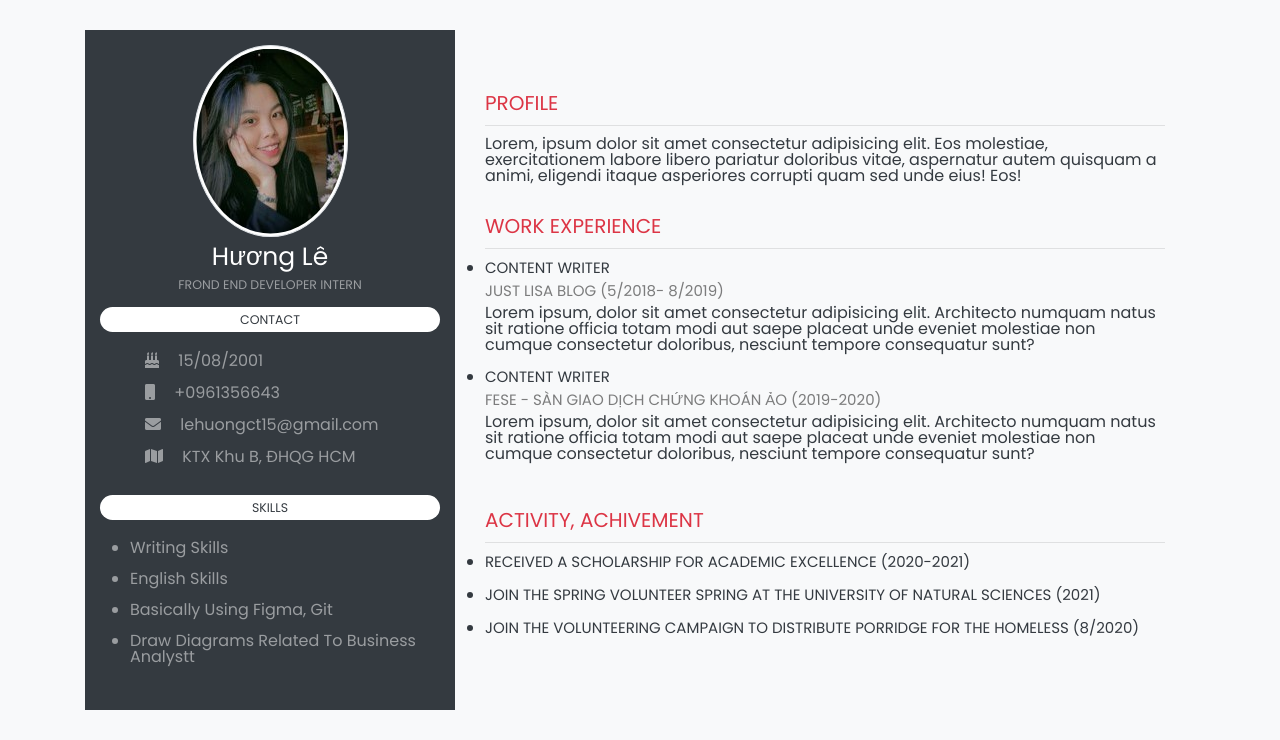
Repository: huongle158/cvhuongle
Page: index.html
These files come from the project's save history. The page is drawn as it stood at one moment and after the next save; the edit follows.
The browser window is 1280 px wide. The pictures show the whole page.
The page's requests for data from a server got no answer. Some web libraries are served in a nearby version.

Above is the page before, as saved 2021-12-13 01:16:35.

### index.html
<!DOCTYPE html>
<html lang="en">
  <head>
    <title>Resume</title>
    <link
      href="https://fonts.googleapis.com/css2?family=Poppins:wght@400;600&display=swap"
      rel="stylesheet"
    />
    <link rel="stylesheet" href="https://cdnjs.cloudflare.com/ajax/libs/font-awesome/5.10.0/css/all.min.css" integrity="sha512-PgQMlq+nqFLV4ylk1gwUOgm6CtIIXkKwaIHp/PAIWHzig/lKZSEGKEysh0TCVbHJXCLN7WetD8TFecIky75ZfQ==" crossorigin="anonymous" referrerpolicy="no-referrer" />
    <!-- Required meta tags -->
    <meta charset="utf-8" />
    <meta
      name="viewport"
      content="width=device-width, initial-scale=1, shrink-to-fit=no"
    />

    <!-- Bootstrap CSS -->
    <link
      rel="stylesheet"
      href="https://stackpath.bootstrapcdn.com/bootstrap/4.3.1/css/bootstrap.min.css"
      integrity="sha384-ggOyR0iXCbMQv3Xipma34MD+dH/1fQ784/j6cY/iJTQUOhcWr7x9JvoRxT2MZw1T"
      crossorigin="anonymous"
    />
    <link rel="stylesheet" href="./assets/css/style.css" />
  </head>
  <body class="bg-light">
    <div class="container p-5">
      <div class="row">

        <div class="col-lg-4 bg-dark text-white text-center py-4">
          <div class="header-left">
            <img
              src="./assets/img/188108614_380364193279457_3096500343222530064_n (1).jpg"
              alt=""
              class="img-thumbnail rounded-circle mb-2"
            />
            <h1 class="display-5">Hương Lê</h1>
            <h4 class="lead text-uppercase text-white-50 mb-4">
              Frond End Developer Intern
            </h4>
          </div>

          <div>
              <h5 class="text-uppercase bg-white text-dark py-2 rounded-pill mb-4" >contact</h5>
              <ul class="list-unstyled text-white-50 ml-5 py-2 text-left">
                  <li class="list-item mb-4">
                      <i class="fas fa-birthday-cake mx-4"></i>
                     15/08/2001
                  </li>
                  <li class="list-item mb-4">
                      <i class="fa fa-mobile mx-4"></i>
                      +0961356643
                  </li>
                  <li class="list-item mb-4">
                      <i class="fa fa-envelope mx-4"></i>
                      lehuongct15@gmail.com
                  </li>
                  <li class="list-item mb-4">
                      <i class="fa fa-map mx-4"></i>
                      KTX Khu B, ĐHQG HCM
                  </li>
              </ul>
          </div>
          <div class="m-skill">
              <h5 class="text-uppercase bg-white text-dark py-2 rounded-pill mb-4" >skills</h5>
              <ul class="list text-white-50 ml-5 py-2 text-left text-capitalize">
                <li class="list-item mb-4">Writing skills</li>
                <li class="list-item mb-4">English skills</li>
                <li class="list-item mb-4">Basically using Figma, Git</li>
                <li class="list-item mb-4">draw diagrams related to Business Analystt</li>
              </ul>
          </div>

        </div>

        <div class="col-lg-8 bg-light text-dark py-4 px-5">
             <div class="header-right mb-5 m-education">
                <!-- <h2 class="text-uppercase text-danger">Education</h2>
                <hr>
                 <ul class="list">
                <li class="list-item mb-4">University of Economic and Laws - VNU - HCM ( 8/2019 - Now)</li>
                <li class="list-item mb-4">Management Information System Major (MIS)</li>
                <li class="list-item mb-4">GPA: 7.74</li>
              </ul> -->
            </div>

            <br>
            <div class="header-right mb-5">
                <h2 class="text-uppercase text-danger">profile</h2>
                <hr>
                <p>Lorem, ipsum dolor sit amet consectetur adipisicing elit. Eos molestiae, exercitationem labore libero pariatur doloribus vitae, aspernatur autem quisquam a animi, eligendi itaque asperiores corrupti quam sed unde eius! Eos!</p>

            </div>

            <div class="mb-5">
                <h2 class="text-uppercase text-danger">Work Experience</h2>
                <hr>
                <ul class="list">
                <li class="list-item mb-4">
                    <h4 class="display-6 text-uppercase">Content Writer</h4>
                    <h4 class="text-uppercase text-black-50">Just Lisa blog  (5/2018- 8/2019) </h4>
                    <p>Lorem ipsum, dolor sit amet consectetur adipisicing elit. Architecto numquam natus sit ratione officia totam modi aut saepe placeat unde eveniet molestiae non cumque consectetur doloribus, nesciunt tempore consequatur sunt?</p>
                </li>
                 <li class="list-item mb-4">
                    <h4 class="display-6 text-uppercase">Content Writer</h4>
                    <h4 class="text-uppercase text-black-50">FESE - Sàn Giao dịch Chứng khoán ảo (2019-2020)</h4>
                    <p>Lorem ipsum, dolor sit amet consectetur adipisicing elit. Architecto numquam natus sit ratione officia totam modi aut saepe placeat unde eveniet molestiae non cumque consectetur doloribus, nesciunt tempore consequatur sunt?</p>
                </li>

              </ul>

            </div>
            <br>
             <div>
                <h2 class="text-uppercase text-danger">Activity, Achivement</h2>
                <hr>
                <ul class="list">

                 <li class="list-item mb-4">
                    <h4 class="display-6 text-uppercase">Received a scholarship for academic excellence (2020-2021)</h4>
                </li>
                <li class="list-item mb-4">
                    <h4 class="display-6 text-uppercase">Join the Spring Volunteer Spring at the University of Natural Sciences (2021)</h4>
                </li>
                <li class="list-item mb-4">
                    <h4 class="display-6 text-uppercase">Join the volunteering campaign to distribute porridge for the homeless (8/2020)</h4>
                </li>

              </ul>

            </div>
        </div>
      </div>
    </div>

    <!-- Optional JavaScript -->
    <!-- jQuery first, then Popper.js, then Bootstrap JS -->
    <script
      src="https://code.jquery.com/jquery-3.3.1.slim.min.js"
      integrity="sha384-q8i/X+965DzO0rT7abK41JStQIAqVgRVzpbzo5smXKp4YfRvH+8abtTE1Pi6jizo"
      crossorigin="anonymous"
    ></script>
    <script
      src="https://cdnjs.cloudflare.com/ajax/libs/popper.js/1.14.7/umd/popper.min.js"
      integrity="sha384-UO2eT0CpHqdSJQ6hJty5KVphtPhzWj9WO1clHTMGa3JDZwrnQq4sF86dIHNDz0W1"
      crossorigin="anonymous"
    ></script>
    <script
      src="https://stackpath.bootstrapcdn.com/bootstrap/4.3.1/js/bootstrap.min.js"
      integrity="sha384-JjSmVgyd0p3pXB1rRibZUAYoIIy6OrQ6VrjIEaFf/nJGzIxFDsf4x0xIM+B07jRM"
      crossorigin="anonymous"
    ></script>
    <script src="./assets/js/main.js"></script>
  </body>
</html>

### assets/css/style.css
html {
  box-sizing: border-box;
  font-family: 'Roboto', sans-serif;
}
* {
  margin: 0;
  padding: 0;
}
*,
*:before,
*:after {
  box-sizing: border-box;
}
input,
textarea,
select,
button {
  outline: none;
}
input {
  line-height: normal;
}
label,
button {
  cursor: pointer;
}
a {
  text-decoration: none;
}
img {
  display: block;
  max-width: 100%;
}
*,
*:before,
*:after {
  box-sizing: border-box;
}
/* using rem unit */
html {
  font-size: 62.5%;
}
a {
  text-decoration: none;
}
img {
  display: block;
  max-width: 100%;
}
body {
  font-family: "Poppins", sans-serif;
  font-size: 16px;
  line-height: 1;
}
/*  */
img.rounded-circle{
margin: 0 auto;
}

### assets/js/main.js
const educationpoint = "http://localhost:3000";
const education = "education";
const skill="skill"

async function displayEducation() {
    // const promise = await fetch(`${educationpoint}/${education}`);
    // const edudata = await promise.json();
    const edudata = await (await fetch(`${educationpoint}/${education}`)).json();
    const skillData = await (
      await fetch(`${educationpoint}/${skill}`)
    ).json();
    const eduEle = document.querySelector(".m-education");
    const skillEle = document.querySelector(".m-skill");
    const eduTemplate = `<h2 class="text-uppercase text-danger">Education</h2>
                <hr>
                 <ul class="list">
                <li class="list-item mb-4">${edudata[0].university}</li>
                <li class="list-item mb-4">${edudata[0].major}</li>
                <li class="list-item mb-4">GPA: ${edudata[0].gpa}</li>
              </ul>`;
    const skillTemplate = `<h5 class="text-uppercase bg-white text-dark py-2 rounded-pill mb-4" >skills</h5>
              <ul class="list text-white-50 ml-5 py-2 text-left text-capitalize">
                <li class="list-item mb-4">${skillData[0].skill1}</li>
                <li class="list-item mb-4">${skillData[0].skill2}</li>
                <li class="list-item mb-4">${skillData[0].skill3}</li>
                <li class="list-item mb-4">${skillData[0].skill4}</li>
              </ul>`;
    eduEle.insertAdjacentHTML("afterbegin", eduTemplate)
    skillEle.innerHTML = skillTemplate;
    console.log(skillData)


}
displayEducation();

After the next save:
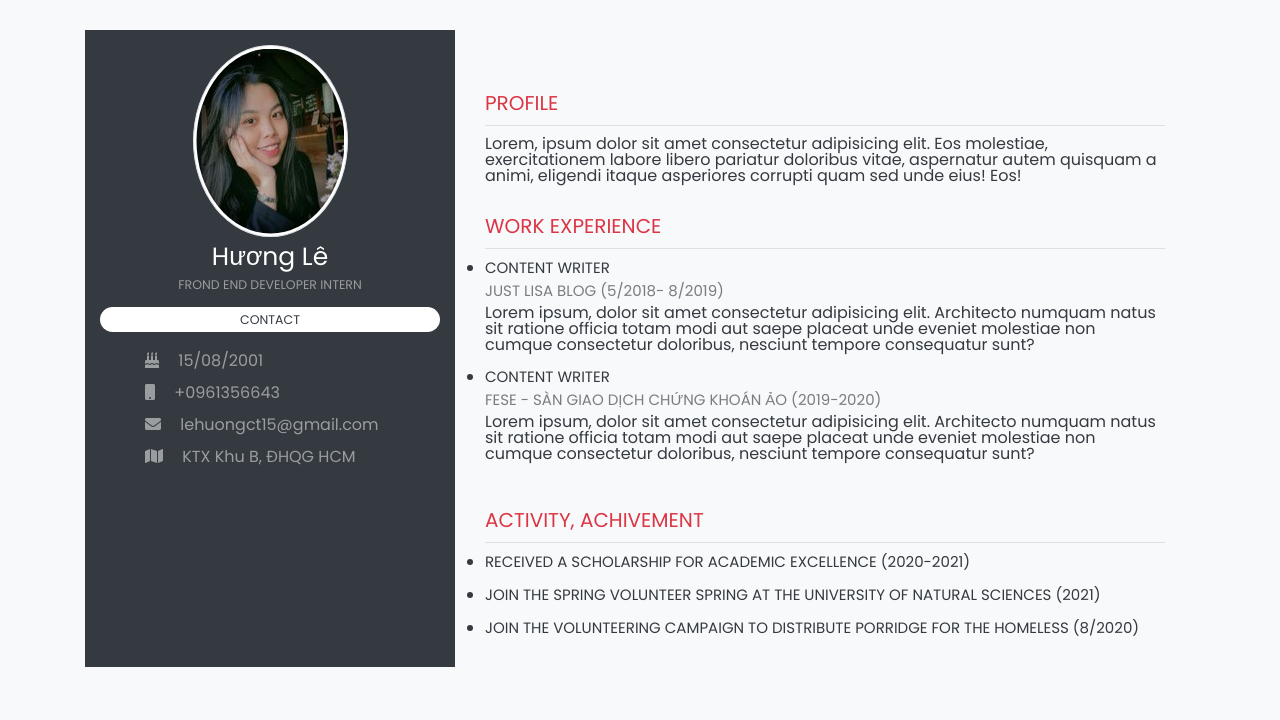
Saved 19 s later.
--- a/index.html
+++ b/index.html
@@ -62,13 +62,13 @@
               </ul>
           </div>
           <div class="m-skill">
-              <h5 class="text-uppercase bg-white text-dark py-2 rounded-pill mb-4" >skills</h5>
+              <!-- <h5 class="text-uppercase bg-white text-dark py-2 rounded-pill mb-4" >skills</h5>
               <ul class="list text-white-50 ml-5 py-2 text-left text-capitalize">
                 <li class="list-item mb-4">Writing skills</li>
                 <li class="list-item mb-4">English skills</li>
                 <li class="list-item mb-4">Basically using Figma, Git</li>
                 <li class="list-item mb-4">draw diagrams related to Business Analystt</li>
-              </ul>
+              </ul> -->
           </div>
 
         </div>
